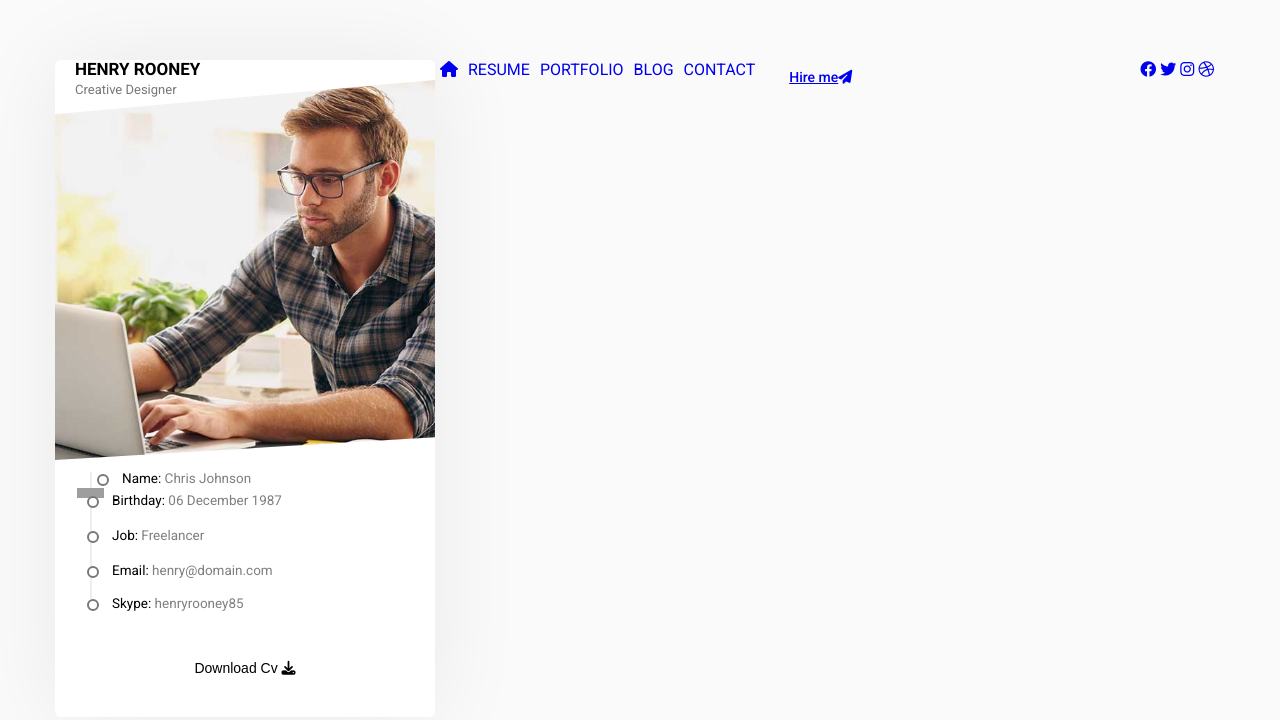
Repository: Lehuyhuynh/mat
Page: index.html
These files come from the project's save history. The page is drawn as it stood at one moment and after a run of saves; the edit follows.
The browser window is 1280 px wide. The pictures show the whole page.
Pictures or frames that could not be fetched are drawn as grey boxes.

Above is the page before, as saved 2023-04-12 12:12:51.

### index.html
<!DOCTYPE html>
<html lang="en">
<head>
                    <meta charset="UTF-8">
                    <meta http-equiv="X-UA-Compatible" content="IE=edge">
                    <meta name="viewport" content="width=device-width, initial-scale=1.0">
                    <title>Mat</title>
                    <link rel="stylesheet" href="style.css">
                    <link rel="preconnect" href="https://fonts.googleapis.com">
                    <link rel="preconnect" href="https://fonts.gstatic.com" crossorigin>
                     <link href="https://fonts.googleapis.com/css2?family=Roboto:wght@400;500;700;900&display=swap" rel="stylesheet">

                    <link rel="stylesheet" href="icon-fonts/font-awesome-4.7.0/css/font-awesome.min.css"/>

                    <link rel="stylesheet" href="https://cdnjs.cloudflare.com/ajax/libs/font-awesome/6.4.0/css/all.min.css" integrity="sha512-iecdLmaskl7CVkqkXNQ/ZH/XLlvWZOJyj7Yy7tcenmpD1ypASozpmT/E0iPtmFIB46ZmdtAc9eNBvH0H/ZpiBw==" crossorigin="anonymous" referrerpolicy="no-referrer" />
</head>
<body>
    <div id="preloader">
        <div class="spinner">
        </div>
    </div>

    <div class="wrapper container">

        <div class="row">

            <!-- profile section -->

            <div class="col-lg-3 col-md-4">

                <div class="profile">

                    <div class="profile-name">

                        <span class="name">Henry Rooney</span><br>

                        <span class="jod">Creative Designer</span><br>

                    </div>

                    <img class="profile-img" src="img/profile.jpg" alt="#">

                     <ul class="profile-information">

                        <li><p><span>Name:</span> Chris Johnson</p></li>

                        <li><p><span>Birthday:</span> 06 December 1987</p></li>

                        <li><p><span>Job:</span> Freelancer</p></li>

                        <li><p><span>Email:</span> henry@domain.com</p></li>

                        <li><p><span>Skype:</span> henryrooney85</p></li>

                    </ul>

                    <div class="col-md-12">

                         <button class="site-btn icon">Download Cv

                            <i class="fa fa-download" aria-hidden="true"></i>

                        </button>

                    </div>

                    </div>

                </div>

                <!-- header -->
            <div  class="row">

                <div class="col-md-8 col-sm-8-col-xs-4">

                    <ul class="tabs">
                        <li class="tab">

                          <a class="home-btn" href="#home"><i class="fa fa-home" aria-hidden="true"></i></a>

                        </li>
                        <li class="tab"><a href="#RESUME">RESUME</a></li>
                        <li class="tab"><a href="#PORTFOLIO">PORTFOLIO</a></li>
                        <li class="tab"><a href="#BLOG">BLOG</a></li>
                        <li class="tab"><a href="#CONTACT">CONTACT</a></li>

                    </ul>
                    </div>


                <div class="col-md-4 col-sm-4 col-xs-8 dynamic">

                    <a href="mailto:hi@tavonline.net" class="pull-right site-btn icon hidden-xs">Hire me<i class="fa fa-paper-plane" aria-hidden="true"></i></a>

                </div>


                <div class="hidden-md social-icons pull-right">

                    <a class="fb" href="#"><i class="fa-brands fa-facebook"></i></a>

                    <a class="tw" href="#"><i class="fa-brands fa-twitter"></i></a>

                    <a class="ins" href="#"><i class="fa-brands fa-instagram"></i></a>

                    <a class="dr" href="#"><i class="fa-brands fa-dribbble" ></i></a>

                </div>

             </div>

        </div>

    </div>
</body>
</html>

### style.css
body{
                    background-image: url(/img/bg.png) #fafafa;
                   font-family: roboto, sans-serif;
                   background:#fafafa;
                   position: relative;
                   overflow: hidden;

}

html{
                    height: 100%;
}
*{
                    margin: 0;
                    padding: 0;
                    border: 0;
                    outline: 0;
                    background: transparent;
}

.site-btn{
                    font-size: 14px;
                    font-weight: 500;
                    border-radius: 50px;
                    -webkit-border-radius:50px;
                    -moz-border-radius:50px;
                    padding: 1px 29px;
                    line-height: 35px;
}

.site-btn .icon{
                    text-align: left;
                    padding: 1px 6px 1px 19px;
}

.site-btn .icon i{
                    color: #000;
                    background: #fff;
                    margin-left: 15px;
                    border-radius: 50px;
                    font-size: 11px;
                    height: 27px;
                    width: 27px;
                    float: right;
                    text-align: center;
                    line-height: 29px;
                    margin-top: 4px;
}

p{
                    font-size: 13px;
                    color: #4c4c4c;
                    line-height: 24px;
 }

 .profile{
                    background: #fff;
                    border-radius: 6px;
                    -moz-border-radius: 6px;
                    -webkit-border-radius: 6px;
                    -o-border-radius: 6px;
                    width: 100%;
                    display: inline-block;
                    box-shadow: 0px 2px 92px 0px rgba(0, 0, 0, 0.07);
                    -webkit-box-shadow: 0px 2px 92px 0px rgba(0, 0, 0, 0.07);
                    -moz-box-shadow: 0px 2px 92px 0px rgba(0, 0, 0, 0.07);
}

.profile .name {
                    line-height: 18px;
                    padding: 20px;
                    text-transform: uppercase;
                    font-size: 17px;
                    font-weight: bold;

}
.profile .jod {
                    padding: 20px;
                    color: #777777;
                    font-size: 13px;
}

.profile-img{
                   margin-top: -18px;
                   -webkit-clip-path: polygon(0 9%, 100% 0, 100% 94%, 0% 100%);
                    clip-path: polygon(0 9%, 100% 0, 100% 94%, 0% 100%);
                    height: 380px;

}
.profile-img img{
                    width: 100%;
}

.profile-information{
                    list-style: none;
                    margin: 8px 0px 8px 35px;
}

.profile-information li{
                    border-left: 2px solid #eee;
                    padding:0 0 23px 20px;
                    font-size: 14px;
                    color: #787878;
}

ul.profile-information li p{
                    font-size: 13.5px;
                    color: #7f7f7f;
                    line-height: 12px;
}

ul.profile-information li:last-child{
                    border: 0;
                    margin-left: 2px;
                    margin-top: -2px;
}


.tabs{
                    display: flex;
                    list-style-type: none;
                    text-decoration: none;

}

ul.profile-information li:before{
                    content: "";
                    border: solid 2px;
                    width: 8px;
                    height: 8px;
                    border-radius: 50px;
                    -moz-border-radius: 50px;
                    -webkit-border-radius: 50px;
                    font-size: 8px;
                    margin-left: -25px;
                    margin-top: 2px;
                    font-weight: 400;
                    background: #fff;
                    display: block;
                    position: absolute;
}

ul.profile-information li span{color:#000}

ul.profile-information li:first-child{
                    padding-bottom: 10px;
                    padding-left: 30px;
                    position: relative;
}

ul.profile-information li:first-child img {
                    margin:44px -44px;
                    display: inline-block;
                    position: absolute;
                    width: 20px;
 }

 ul.profile-information li:first-child::after {
                    background: url(../images/glasses-w.png) no-repeat;
                    content: '';
                    width: 30px;
                    height: 10px;
                    position: absolute;
                    top: 0;
                    left: 0;
                    margin: 16px -15px;
                    background-size: 27px 10px;
                  }

.profile .site-btn{
                    margin: 18px auto 30px;
                    display: block;
}

.tabs .tab a {
                    text-decoration: none;
                    margin: 5px;
}
.col-md-4  .pull-right{
                    text-align: right;
}

.wrapper{
                    margin-top: 60px;
                    width: 1170px ;
                    background: transparent;
}
.container{
                    padding-right: 15px;
                    padding-left: 15px;
                    margin-right: auto;
                    margin-left: auto;
}
*{
                    margin: 0;
                    padding: 0;
                    border: 0;
                    outline: 0;
                    font-size: 100%;
                    background: transparent;
}
.row{
                    display: flex;
}
.col-md-4{
                    width: 380px;
                    height: 33.33%;
}


.tabs{
                    display: flex;
                    list-style-type: none;
                    text-decoration: none;

}

.tabs .tab a {
                    text-decoration: none;
                    margin: 5px;
}
.col-md-4  .pull-right{
                    text-align: right;
}

After the next 2 saves:
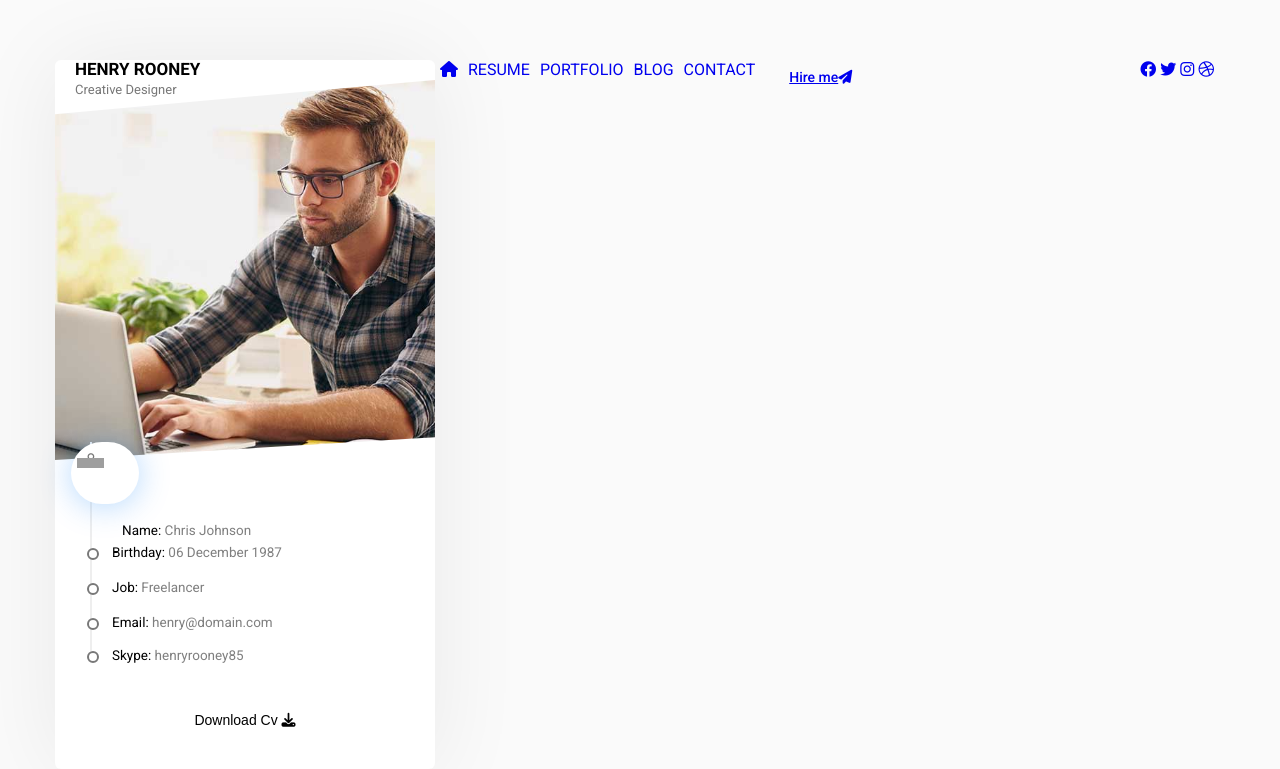
The 2 saves are shown as one change because they came seconds apart.
The last was saved 72 s later.
--- a/style.css
+++ b/style.css
@@ -155,6 +155,24 @@
                     width: 20px;
  }
 
+ ul.profile-information li:first-child::before {
+                    content: '\f2c0';
+                    font-family: FontAwesome;
+                    font-size: 13.5px;
+                    margin-left: -51px;
+                    margin-top: -30px;
+                    margin-bottom: 20px;
+                    position: relative;
+                    border: 0;
+                      border-top-color: currentcolor;
+                      border-right-color: currentcolor;
+                      border-bottom-color: currentcolor;
+                      border-left-color: currentcolor;
+                    width: 40px;
+                    height: 40px;
+                    padding: 11px 14px;
+                    box-shadow: 0px 2px 32px 0px rgba(4, 123, 248, 0.3);
+                  }
  ul.profile-information li:first-child::after {
                     background: url(../images/glasses-w.png) no-repeat;
                     content: '';
